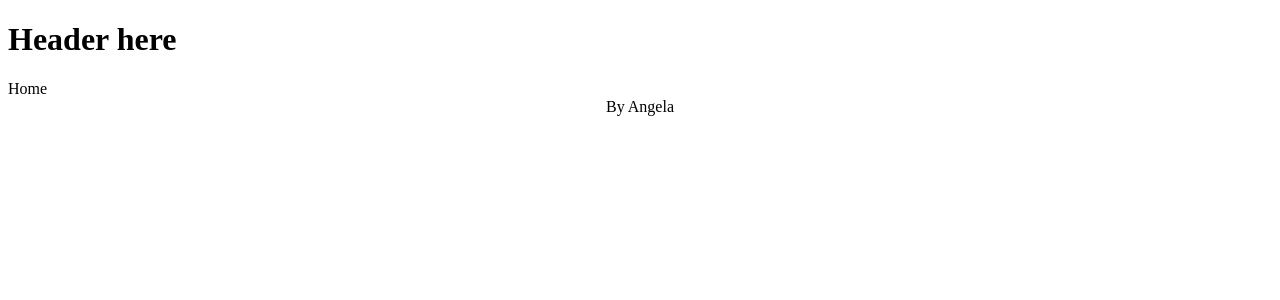
Repository: y-w-lee/class-3
Page: /ExampleOne
The author's editor kept a copy of each file at every save. The page is drawn from the files as they stood at one save, then again after a run of saves.
The browser window is 1280 px wide. The pictures show the whole page.
The project was rebuilt for these pictures with package versions that can differ from the ones it lists, and the page was loaded fresh each time. The framework's server and built-in components were replaced by stand-ins that run in the browser. Also part of the build but not shown: next.config.js.

Above is the page before, as saved 2024-01-17 23:58:32.

After the next 2 saves:
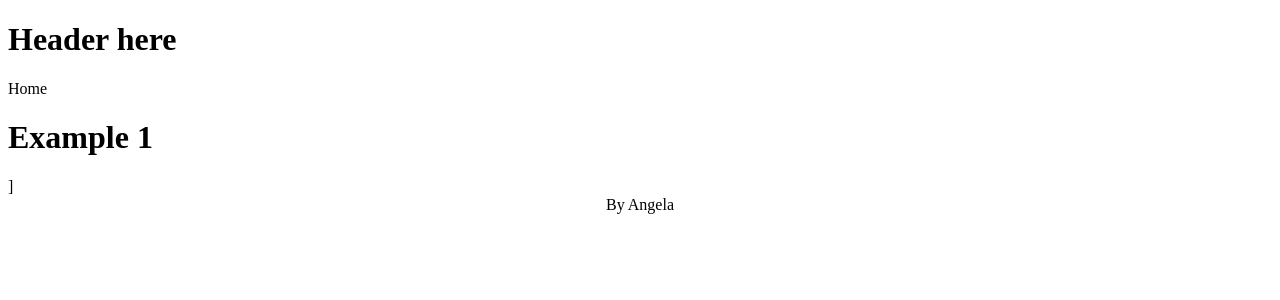
The 2 saves are shown as one change because they came seconds apart.
The last was saved 6 s later.
--- a/pages/ExampleOne.js
+++ b/pages/ExampleOne.js
@@ -7,7 +7,7 @@
         <>
         <Header/>
         <main>
-
+            <h1>Example 1</h1>]
         </main>
         <Footer/>
         </>
